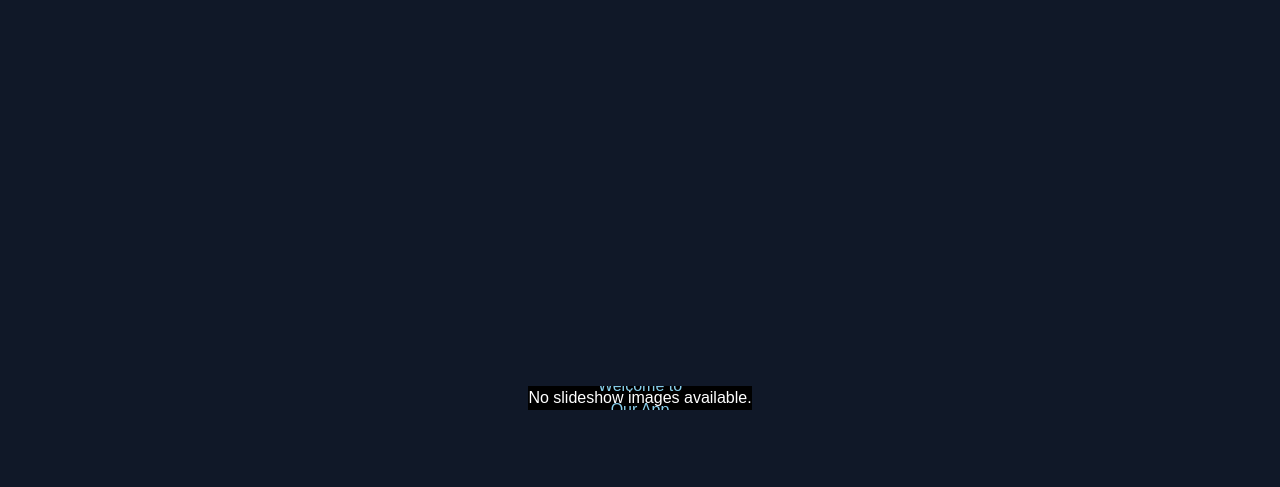
Repository: KenMarzan/OMEGA
Page: / (app in hub/frontend/)
These files come from the project's save history. The page is drawn as it stood at one moment and after a run of saves; the edit follows.
The browser window is 1280 px wide. The pictures show the whole page.
The project was rebuilt for these pictures with package versions that can differ from the ones it lists, and the page was loaded fresh each time. The framework's server and built-in components were replaced by stand-ins that run in the browser. Also part of the build but not shown: hub/frontend/next.config.ts.

Above is the page before, as saved 2025-06-10 14:54:03.

### hub/frontend/src/app/page.tsx
"use client";

import React, { useState } from "react";
import SlideScreen from "@/ui/Slidescreen";

export default function MainPage(): React.JSX.Element {
  const [showOverlay, setShowOverlay] = useState<boolean>(true);
  const [fadeOut, setFadeOut] = useState<boolean>(false);

  const handleOverlayClick = (): void => {
    setFadeOut(true);
    setTimeout(() => {
      setShowOverlay(false);
    }, 1000);
  };

  return (
    <div className="relative min-h-screen">
      {/* Overlay */}
      {showOverlay && (
        <div
          className={`absolute inset-0 bg-gray-900 text-white flex items-center justify-center z-50 transition-opacity duration-1000 ${
            fadeOut ? "opacity-0" : "opacity-100"
          }`}
          onClick={handleOverlayClick}
        >
          <div className="text-center">
            <SlideScreen/>
          </div>
        </div>
      )}

      {/* Main Website */}
      <nav
        className={`flex justify-between items-center p-4 navbar ${
          showOverlay ? "pointer-events-none" : ""
        }`}
      >
        <div className="logo">
          <h1 className="text-xl font-bold">Website Logo</h1>
        </div>
        <div className="clickables flex gap-4">
          <button className="button">Customer Page</button>
          <button className="button">Vendor Page</button>
          <button className="button">Farmer Page</button>
          <button className="button">About Us</button>
        </div>
        <div className="searchbar">
          <input
        type="text"
        placeholder="Search..."
        className="p-2 rounded border"
          />
        </div>
        <div className="dropdown-options flex gap-4">
          <button className="button">Category</button>
          <button className="button">Sign In</button>
          <button className="button">Help</button>
        </div>
      </nav>

      <div className="content mt-8">
        {/* Slide Screen Section */}
        <div className="slidescreen flex flex-col gap-8">
          {/* Component: Slide Screen about harvested products */}
          <div className="slide-screen bg-green-100 p-4 rounded shadow">
            <h2 className="text-2xl font-bold mb-2">Harvested Products</h2>
            <p className="text-lg">Explore the variety of products harvested by farmers.</p>
          </div>

          {/* Component: Slide Screen about market prices and SRP */}
          <div className="slide-screen bg-blue-100 p-4 rounded shadow">
            <h2 className="text-2xl font-bold mb-2">Market Prices and SRP</h2>
            <p className="text-lg">Stay updated with the latest market prices and suggested retail prices.</p>
          </div>
        </div>

        {/* Component: Weather Report */}
        <div className="weather-report bg-yellow-100 p-4 rounded shadow mt-8">
          <h2 className="text-2xl font-bold mb-2">Weather Report</h2>
          <p className="text-lg">Get the latest weather updates to plan your farming activities.</p>
        </div>

        {/* Component: Why Be a Farmer */}
        <div className="why-be-a-farmer bg-orange-100 p-4 rounded shadow mt-8">
          <h2 className="text-2xl font-bold mb-2">Why Be a Farmer?</h2>
          <p className="text-lg">Discover the benefits of being a farmer and explore our course on how to start.</p>
          <a
            href="/course"
            className="text-blue-500 underline mt-2 inline-block"
          >
            Learn More
          </a>
        </div>

        {/* Component: Reviews About Us */}
        <div className="reviews bg-gray-100 p-4 rounded shadow mt-8">
          <h2 className="text-2xl font-bold mb-2">Reviews About Us</h2>
          <p className="text-lg">See what others are saying about our platform and services.</p>
        </div>
      </div>
    </div>
  );
}

### hub/frontend/src/app/globals.css
@import "tailwindcss";

:root {
  --background: #ffffff;
  --foreground: #171717;

  --color-earth-brown: #8B4513;
  --color-fresh-green: #228B22;
  --color-golden-yellow: #FFD700;
  --color-sky-blue: #87CEEB;
  --color-rust-red: #B22222;
  --color-cream-white: #FFFDD0;
  --color-dark-green: #006400;
  --color-soft-beige: #F5F5DC;
}

@theme inline {
  --color-background: var(--background);
  --color-foreground: var(--foreground);
  --font-sans: var(--font-geist-sans);
  --font-mono: var(--font-geist-mono);
}

@media (prefers-color-scheme: dark) {
  :root {
    --background: #0a0a0a;
    --foreground: #ededed;
  }
}

body {
  background: var(--background);
  color: var(--foreground);
  font-family: Arial, Helvetica, sans-serif;

  background-color: var(--color-soft-beige);
  color: var(--color-earth-brown);
  font-family: Arial, sans-serif;
}

.navbar {
  background-color: var(--color-fresh-green);
  color: var(--color-cream-white);
}

.button {
  background-color: var(--color-golden-yellow);
  color: var(--color-earth-brown);
  border: 2px solid var(--color-earth-brown);
  padding: 10px 20px;
  border-radius: 5px;
}

.button:hover {
  background-color: var(--color-rust-red);
  color: var(--color-cream-white);
}

.footer {
  background-color: var(--color-dark-green);
  color: var(--color-cream-white);
}

h1, h2, h3 {
  color: var(--color-sky-blue);
}

.transition-opacity {
  transition: opacity 1s ease-in-out;
}

.opacity-0 {
  opacity: 0;
}

.opacity-100 {
  opacity: 1;
}

### hub/frontend/src/ui/Slidescreen.tsx
import React, { useEffect, useState } from 'react';
import './Slidescreen.css';

const SlideScreen: React.FC = () => {
    const [currentIndex, setCurrentIndex] = useState(0);

    const imagePaths: string[] = [

    ];
    useEffect(() => {
        if (imagePaths.length === 0) {
            console.warn("No image paths defined for the slideshow.");
            return;
        }

        const interval = setInterval(() => {
            setCurrentIndex((prevIndex) => (prevIndex + 1) % imagePaths.length);
        }, 3000);

        return () => clearInterval(interval);
    }, [imagePaths]);

    if (imagePaths.length === 0) {
        return (
            <div className="slide-screen">
                <div className="welcome-message">
                    <h1>Welcome to Our App</h1>
                </div>
                <p style={{ color: 'white' }}>No slideshow images available.</p> {/* Added style for visibility */}
            </div>
        );
    }

    return (
        <div className="slide-screen">
            <div className="welcome-message">
                <h1>Welcome to Our App</h1>
            </div>
            {/* The transform property handles the sliding */}
            <div
                className="slides"
                style={{
                    transform: `translateX(-${currentIndex * 100}vw)`, // Use vw for full viewport width shift
                }}
            >
                {imagePaths.map((path, index) => (
                    <img key={index} src={path} alt={`Slide ${index}`} className="slide-image" />
                ))}
            </div>
        </div>
    );
};

export default SlideScreen;

### hub/frontend/src/ui/Slidescreen.css
html, body, #__next {
    height: 100%;
    margin: 0;
    padding: 0;

    overflow: hidden;
}

.slide-screen {
    width: 100%;
    height: 100%;
    position: relative;
    overflow: hidden;
    background-color: #000;
}

.welcome-message {
    position: absolute;
    top: 50%;
    left: 50%;
    transform: translate(-50%, -50%);
    z-index: 10;
    color: white;
    text-align: center;
    pointer-events: none;
}

.slides {
    display: flex;
    height: 100%;
    transition: transform 1s ease-in-out;
    will-change: transform;
}

.slide-image {
    width: 100vw;
    height: 100vh;
    object-fit: cover;
    flex-shrink: 0;
}

Loaded but not shown: hub/frontend/src/app/layout.tsx (common file)

After the next 2 saves:
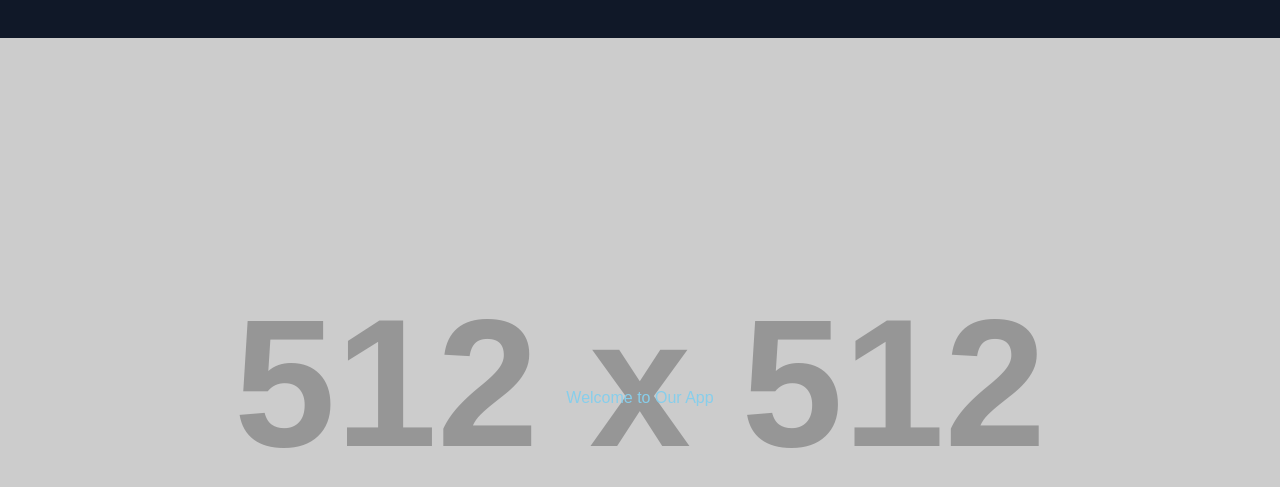
The 2 saves are shown as one change because 1 did not build or start.
The last was saved 95 s later.
--- a/hub/frontend/src/ui/Slidescreen.tsx
+++ b/hub/frontend/src/ui/Slidescreen.tsx
@@ -5,8 +5,12 @@
     const [currentIndex, setCurrentIndex] = useState(0);
 
     const imagePaths: string[] = [
+        "https://via.placeholder.com/512?text=Philippines+rice+farm+1",
+        "https://via.placeholder.com/512?text=Philippines+rice+farm+2",
+        "https://via.placeholder.com/512?text=Philippines+farmer+working",
+        "https://via.placeholder.com/512?text=Coastal+farm+Camiguin"
+      ];
 
-    ];
     useEffect(() => {
         if (imagePaths.length === 0) {
             console.warn("No image paths defined for the slideshow.");

After the save that followed:
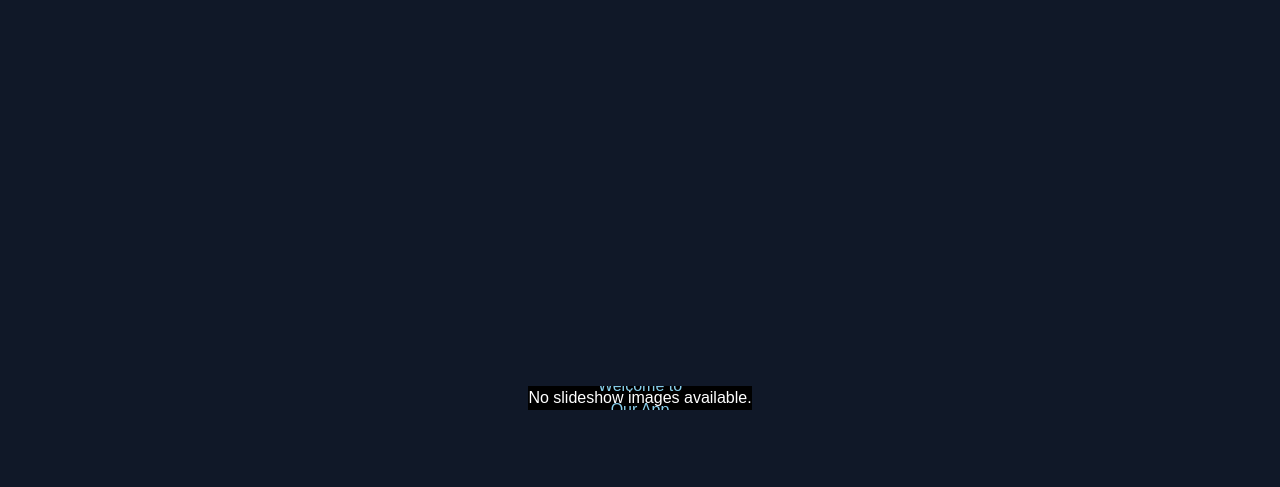
Saved 29 s later.
--- a/hub/frontend/src/ui/Slidescreen.tsx
+++ b/hub/frontend/src/ui/Slidescreen.tsx
@@ -5,10 +5,7 @@
     const [currentIndex, setCurrentIndex] = useState(0);
 
     const imagePaths: string[] = [
-        "https://via.placeholder.com/512?text=Philippines+rice+farm+1",
-        "https://via.placeholder.com/512?text=Philippines+rice+farm+2",
-        "https://via.placeholder.com/512?text=Philippines+farmer+working",
-        "https://via.placeholder.com/512?text=Coastal+farm+Camiguin"
+
       ];
 
     useEffect(() => {
